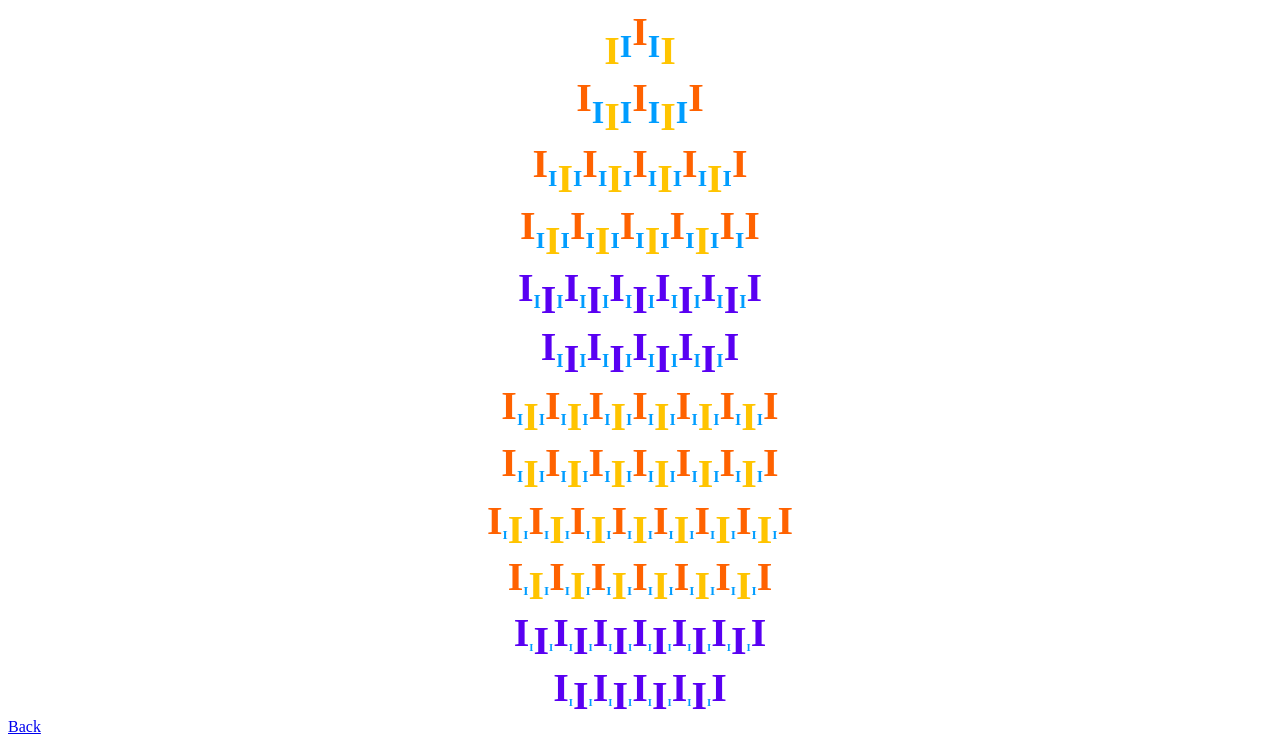
Repository: ortik455/ortik455.github.io
Page: lab/composition2.html
The author's editor kept a record of every edit. The page is drawn from the files as they stood at one moment, then again after the next edit.
The browser window is 1280 px wide. The pictures show the whole page.

Above is the page before.

After the next edit:
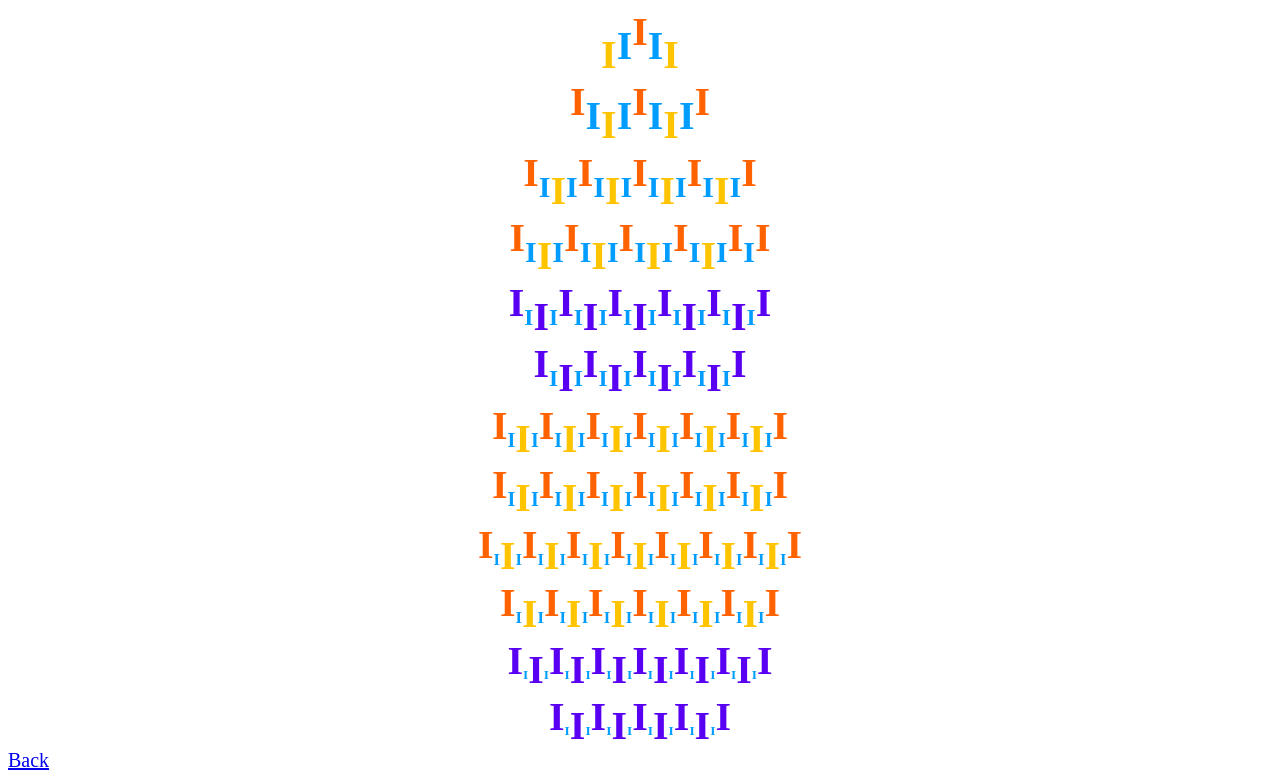
The edit:
--- a/lab/composition2.html
+++ b/lab/composition2.html
@@ -23,6 +23,9 @@
 			margin-bottom: 0px;
 			margin-top: 0px;
 		}
+		body {
+			font-size: 20px;
+		}
 
 	</style>
 	</head>
